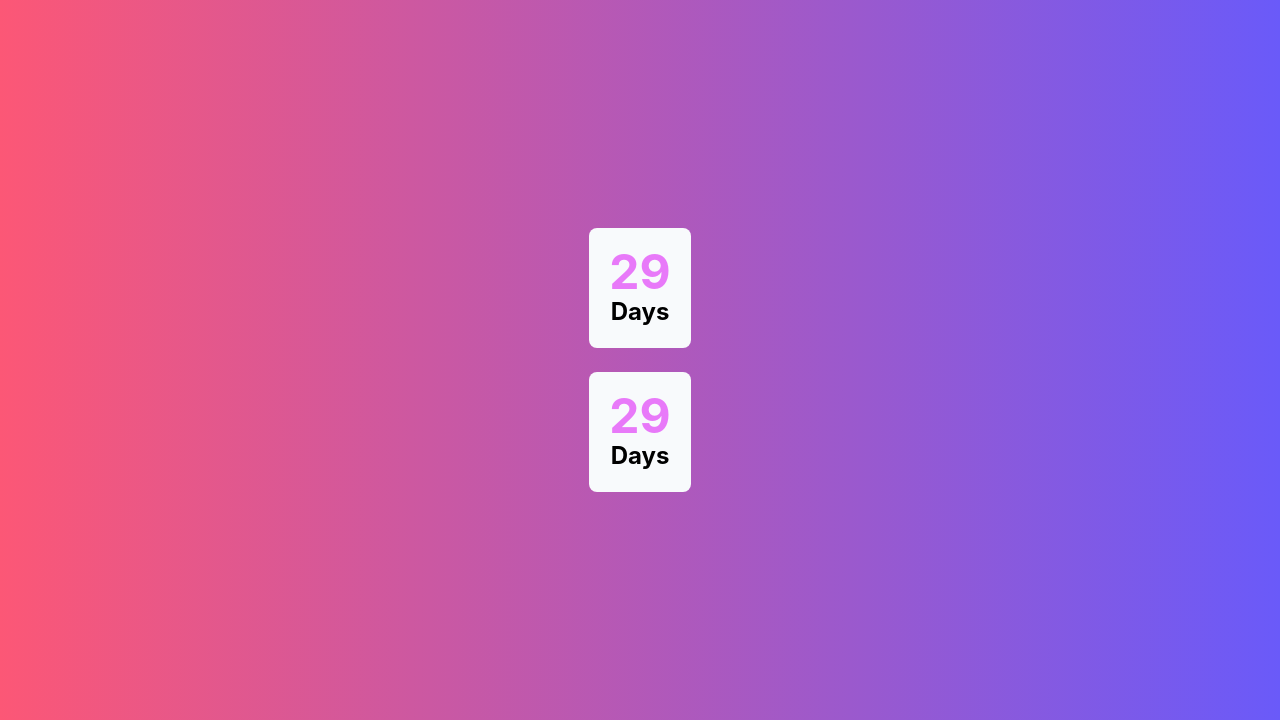
Repository: huynhsang96/bt_codegymHook
Page: /
The author's editor kept a copy of each file at every save. The page is drawn from the files as they stood at one save, then again after the next save.
The browser window is 1280 px wide. The pictures show the whole page.
The project was rebuilt for these pictures with package versions that can differ from the ones it lists, and the page was loaded fresh each time.

Above is the page before, as saved 2022-04-29 16:37:06.

### src/index.js
import React from "react";
import ReactDOM from "react-dom/client";
import "./index.css";
import App from "./App";
import reportWebVitals from "./reportWebVitals";

const root = ReactDOM.createRoot(document.getElementById("root"));
root.render(
	<React.StrictMode>
		<App />
	</React.StrictMode>
);

reportWebVitals();

### src/index.css
body {
	margin: 0;
	font-family: -apple-system, BlinkMacSystemFont, "Segoe UI", "Roboto", "Oxygen",
		"Ubuntu", "Cantarell", "Fira Sans", "Droid Sans", "Helvetica Neue",
		sans-serif;
	-webkit-font-smoothing: antialiased;
	-moz-osx-font-smoothing: grayscale;
}

code {
	font-family: source-code-pro, Menlo, Monaco, Consolas, "Courier New",
		monospace;
}
@tailwind base;
@tailwind components;
@tailwind utilities;

### src/App.js
import "./App.css";
import Clock from "./component/ClockHook/Clock";

function App() {
	return (
		<div>
			<Clock></Clock>
		</div>
	);
}

export default App;

### src/App.css
*,
*::before,
*::after {
	box-sizing: border-box;
}
* {
	margin: 0;
}

html,
body {
	height: 100%;
}
body {
	line-height: 1.5;
	-webkit-font-smoothing: antialiased;
	-webkit-tap-highlight-color: rgba(0, 0, 0, 0);

	background-image: linear-gradient(to right, #fc5776, #6a5af9);
	display: flex;
	justify-content: center;
	align-items: center;
	height: 100vh;
}

img,
picture,
video,
canvas,
svg {
	display: block;
	max-width: 100%;
}
input,
button,
textarea,
select {
	font: inherit;
	outline: none;
	border: none;
}
p,
h1,
h2,
h3,
h4,
h5,
h6 {
	overflow-wrap: break-word;
}

### src/component/ClockHook/Clock.js
import React, { useEffect, useState } from "react";

const Clock = () => {
	const [now, setNow] = useState(new Date());
	useEffect(() => {
		const timer = setInterval(() => {
			setNow(new Date());
		}, 1000);
		return () => clearInterval(timer);
	}, [now]);
	const years = now.getFullYear();
	const months = now.getMonth() + 1;
	const days = now.getDate();
	const hours = now.getHours();
	const minutes = now.getMinutes();
	const seconds = now.getSeconds();

	// console.log(seconds < 10 ? "0" + seconds : seconds);

	return (
		<div className="p-5 w-full h-full mx-auto">
			<ul className="flex flex-row gap-8 bg-slate-50 p-5 rounded-lg">
				<li className="flex flex-col justify-center text-center">
					<span className="font-bold text-5xl text-fuchsia-400">{days}</span>
					<span className="font-bold text-2xl">Days</span>
				</li>
			</ul>
			<br></br>
			<ul className="flex flex-row gap-8 bg-slate-50 p-5 rounded-lg">
				<li className="flex flex-col justify-center text-center">
					<span className="font-bold text-5xl text-fuchsia-400">{days}</span>
					<span className="font-bold text-2xl">Days</span>
				</li>
			</ul>
		</div>
	);
};

export default Clock;

Loaded but not shown: public/index.html (common file); src/reportWebVitals.js (common file); tailwind.config.js (common file)

After the next save:
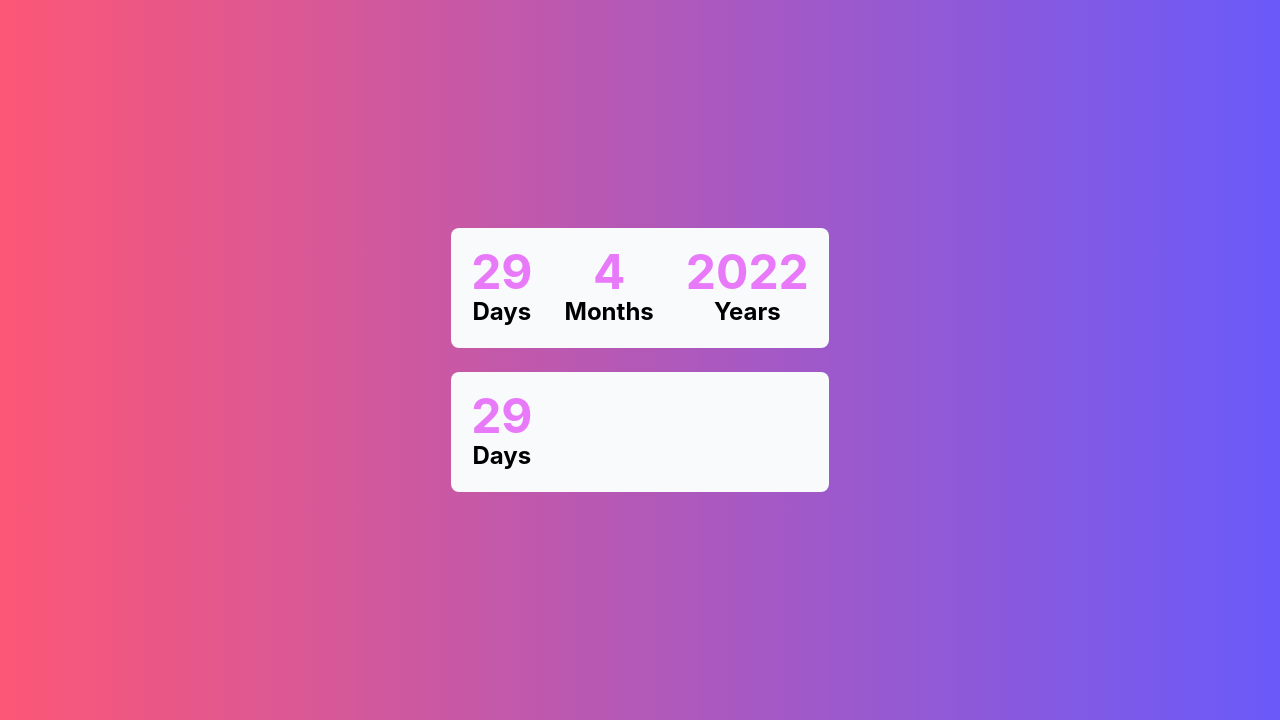
Saved 2 min 0 s later.
--- a/src/component/ClockHook/Clock.js
+++ b/src/component/ClockHook/Clock.js
@@ -24,6 +24,14 @@ const Clock = () => {
 					<span className="font-bold text-5xl text-fuchsia-400">{days}</span>
 					<span className="font-bold text-2xl">Days</span>
 				</li>
+				<li className="flex flex-col justify-center text-center">
+					<span className="font-bold text-5xl text-fuchsia-400">{months}</span>
+					<span className="font-bold text-2xl">Months</span>
+				</li>
+				<li className="flex flex-col justify-center text-center">
+					<span className="font-bold text-5xl text-fuchsia-400">{years}</span>
+					<span className="font-bold text-2xl">Years</span>
+				</li>
 			</ul>
 			<br></br>
 			<ul className="flex flex-row gap-8 bg-slate-50 p-5 rounded-lg">
